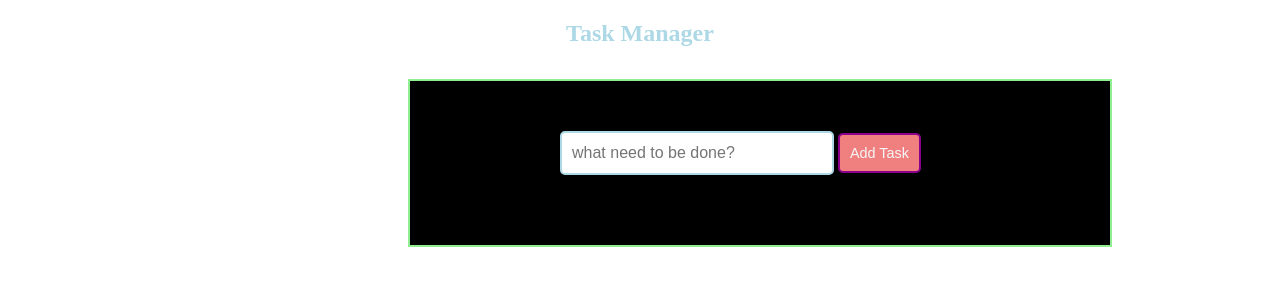
Repository: sristigupta04/basic-js-project
Page: todo app/title.html
An editor plug-in stored every save of this project. The page is shown before and after the next save, followed by the edit.
The browser window is 1280 px wide. The pictures show the whole page.

Above is the page before, as saved 2025-10-28 19:45:05.

### todo app/title.html
<!DOCTYPE html>
<html lang="en">
<head>
    <meta charset="UTF-8">
    <meta name="viewport" content="width=device-width, initial-scale=1.0">
    <title>Todo App</title>
    <link rel="stylesheet" href="title.css"/>
</head>
<body>
    <h2> Task Manager</h2>
    <div class="contain">
        <input type="text" id="new" placeholder="what need to be done?"></input>
        <button>Add Task</button>

        <div class="row">

            <!-- <input type="checkbox" id="addinput"><p> EAT</p> <button>Remove</button> <button>Edit</button>
            <input type="checkbox"><p> EAT</p> <button>Remove</button> <button>Edit</button>
             <input type="checkbox"><p> EAT</p> <button>Remove</button> <button>Edit</button>
              <input type="checkbox"><p> EAT</p> <button>Remove</button> <button>Edit</button>
               <input type="checkbox"><p> EAT</p> <button>Remove</button> <button>Edit</button> -->
        </div>
    </div>
    <script src="title.js"></script>
</body>
</html>

### todo app/title.css
.body{

    text-align: center;
    font-family: 'Trebuchet MS', 'Lucida Sans Unicode', 'Lucida Grande', 'Lucida Sans', Arial, sans-serif;
    margin:0;
    padding: 0;
}

h2{
color:lightblue;
margin-top: 20px;
justify-content: center;
display: flex;
}
.contain{
 border: 2px solid lightgreen;
 width:600px;
 height: auto;
 margin-left: 400px;
 margin-top: 2rem;
 padding: 50px;
 background-color: black;
}
.contain input{
    width:250px;
    height: 20px;
    padding: 10px;
    font-size: 1rem;
     border:2px solid lightblue;
     border-radius: 5px;
     outline: none;
     margin-left: 100px;

}
.contain button{
     padding:  10px;
       font-size:0.90rem;
       border:2px solid darkmagenta;
border-radius: 5px;
background-color: lightcoral;
color:whitesmoke;
}

.row{
    margin-top: 20px;
    text-align: left;
}

.row p{
    display: inline-block;
    margin-left: 20px;
    font-size: 1.2rem;
    width: 300px;
}
.row button{
    margin-left: 10px;
    padding: 5px;
    font-size: 0.9rem;
    border: 2px solid darkmagenta;
    border-radius: 5px;
    background-color: lightcoral;
    color: whitesmoke;
}

.row input{
    width: 20px;
    height: 20px;
}

### todo app/title.js
// ====== Selecting DOM elements ======
const input = document.getElementById("new");
const addButton = document.querySelector(".contain button");
const row = document.querySelector(".row");

// ====== Event Listener ======
addButton.addEventListener("click", addTask);

// ====== Function to Add a Task ======
function addTask() {
    const taskText = input.value.trim();

    if (taskText === "") {
        alert("Please enter a task!");
        return;
    }

    // Create new task container
    const taskDiv = document.createElement("div");
    taskDiv.classList.add("task-item");

    // Create task content
    taskDiv.innerHTML = `
        <input type="checkbox">
        <p>${taskText}</p>
        <button class="removeBtn">Remove</button>
        <button class="editBtn">Edit</button>
    `;

    // Append to main row
    row.appendChild(taskDiv);
    input.value = "";

    // Attach functionality
    attachTaskFunctions(taskDiv);
}

// ====== Attach Remove, Edit, and Checkbox Features ======
function attachTaskFunctions(taskDiv) {
    const removeBtn = taskDiv.querySelector(".removeBtn");
    const editBtn = taskDiv.querySelector(".editBtn");
    const checkbox = taskDiv.querySelector("input[type='checkbox']");
    const taskText = taskDiv.querySelector("p");

    // Remove Task
    removeBtn.addEventListener("click", () => removeTask(taskDiv));

    // Edit Task
    editBtn.addEventListener("click", () => editTask(taskText));

    // Checkbox Functionality
    checkbox.addEventListener("change", () => toggleTaskStatus(checkbox, taskText));
}

// ====== Remove Task ======
function removeTask(taskDiv) {
    taskDiv.remove();
}

// ====== Edit Task ======
function editTask(taskTextElement) {
    const currentText = taskTextElement.textContent;
    const newText = prompt("Edit your task:", currentText);
    if (newText !== null && newText.trim() !== "") {
        taskTextElement.textContent = newText.trim();
    }
}

// ====== Toggle Checkbox (mark done) ======
function toggleTaskStatus(checkbox, taskTextElement) {
    if (checkbox.checked) {
        taskTextElement.style.textDecoration = "line-through";
        taskTextElement.style.color = "gray";
    } else {
        taskTextElement.style.textDecoration = "none";
        taskTextElement.style.color = "black";
    }
}

After the next save:
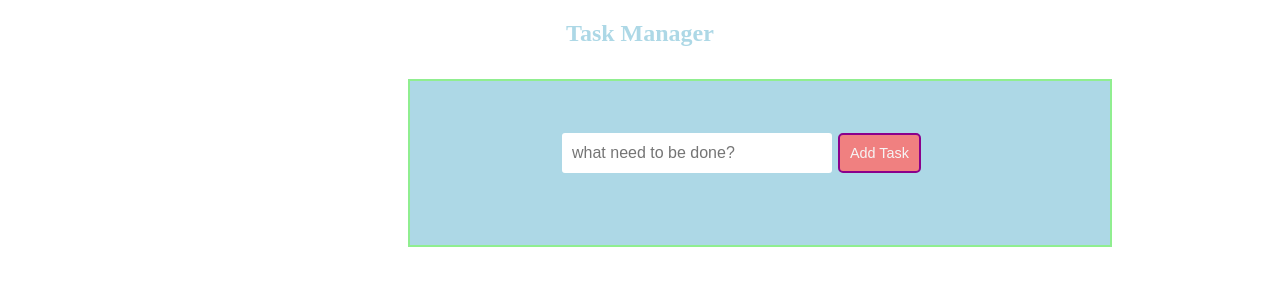
Saved 7 s later.
--- a/todo app/title.css
+++ b/todo app/title.css
@@ -19,7 +19,7 @@ display: flex;
  margin-left: 400px;
  margin-top: 2rem;
  padding: 50px;
- background-color: black;
+ background-color:lightblue;
 }
 .contain input{
     width:250px;
